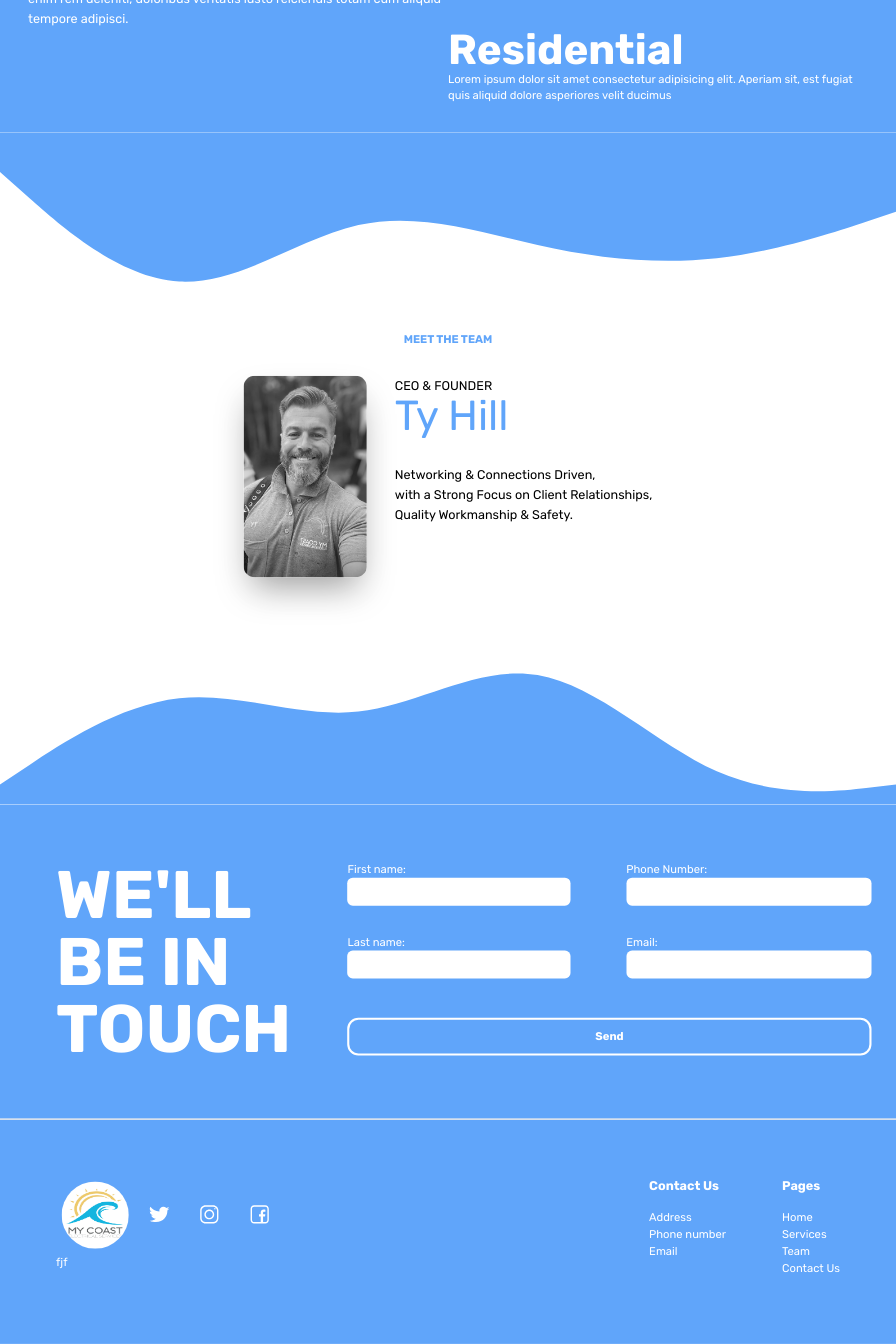
Repository: Jace-Kington/mce-website
Page: /
These files come from the project's save history. The page is drawn as it stood at one moment and after the next save; the edit follows.
The browser window is 1280 px wide. The pictures show the part of the page from y = 1377 to 3297 px (the page is 3297 px tall), at 70% of full size.
The project was rebuilt for these pictures with package versions that can differ from the ones it lists, and the page was loaded fresh each time. The framework's server and built-in components were replaced by stand-ins that run in the browser. Also part of the build but not shown: next.config.js.

Above is the page before, as saved 2022-11-12 14:24:26.

### pages/index.js

import Navbar from '../components/Navbar'
import Services from '../components/Services'
import MeetUs from '../components/Meet-us'
import ContactUs from '../components/ContactUs'
import Footer from '../components/Footer'

export default function Home() {
  return (
    <div>
      <head>
        <link rel="preconnect" href="https://fonts.googleapis.com"/>
        <link rel="preconnect" href="https://fonts.gstatic.com" crossorigin/>
        <link href="https://fonts.googleapis.com/css2?family=Rubik:ital,wght@0,400;0,500;0,700;0,900;1,800;1,900&display=swap" rel="stylesheet"/>
        <meta charset="UTF-8"/>
        <meta name="viewport" content="width=device-width, initial-scale=1.0, user-scalable=0"/>
        <title>My Coat Electrical</title>
      </head>
      <Navbar/>
      <Services/>
      <MeetUs/>
      <ContactUs/>
      <Footer/>
    </div>
  )
}

### styles/globals.css
@tailwind base;
@tailwind components;
@tailwind utilities;

* {
  font-family: 'Rubik';
}

### components/Navbar.jsx
import React from 'react'
import Image from 'next/image'
import image_2 from '../assets/logo-1.png'
import HamburgerMenu from './Hamburger'
import Link from 'next/link'

const Navbar = () => {
  return (
    <div className=''>
      <div className='flex justify-between items-center md:hidden'>
      <Image alt = "" src={image_2} className='rounded-full p-2 h-28 w-28' />

        <HamburgerMenu className = ''/>
      </div>

      <div className='md:flex hidden justify-between items-center ml-5 mr-5'>
        <Image alt = "" src={image_2} className='rounded-full p-2 h-28 w-28' />
        <div className='flex gap-10 items-center'>
          <a className='hover:text-blue-400 transition ease-in' href='#services-section'>
            Services
          </a>

          <a className='hover:text-blue-400 transition ease-in ' href="#meet-us">
            Team
          </a>

          <div className=''>
            <a className='bg-blue-400 hover:bg-blue-500 transition ease-in rounded-2xl p-3' href="#contact-us">
              <span className='text-white'>Enquire Now</span>
            </a>
          </div>

        </div>
      </div>

      <div className='sm:grid sm:grid-cols-2'>
        <div className='text-center sm:text-left text-blue-400 mt-12 ml-12'>
          <div className='text-5xl sm:text-7xl'>
            The Best
          </div>
          <strong className='text-5xl sm:text-7xl'>Trade Services</strong>
          <div className='text-5xl sm:text-7xl'>
            On the Sunny Coast
          </div>

          <div className='outline-rounded mt-12 bg-white'>
            <a  style = {{'border-width': '4px', 'border-color': '#60a5fa'}} className='rounded-2xl hover:bg-blue-400 hover:text-white transition p-4' href="#contact-us">
              Get Started
            </a>
          </div>
        </div>
        <div className='md:flex hidden'>
            <Image src={image_2} alt= ""/>
        </div>
      </div>
      <svg xmlns="http://www.w3.org/2000/svg" viewBox="0 0 1440 320"><path fill="#60a5fa" fill-opacity="1" d="M0,192L48,186.7C96,181,192,171,288,160C384,149,480,139,576,144C672,149,768,171,864,197.3C960,224,1056,256,1152,261.3C1248,267,1344,245,1392,234.7L1440,224L1440,320L1392,320C1344,320,1248,320,1152,320C1056,320,960,320,864,320C768,320,672,320,576,320C480,320,384,320,288,320C192,320,96,320,48,320L0,320Z"></path></svg>
    </div>
  )
}

export default Navbar

### components/Services.tsx
import React from 'react'

const Services = () => {
  return (
    <div id = 'services-section' className = 'bg-blue-400'>
        <div className = 'text-white text-center font-semibold text-lg uppercase underline-offset-1'>Our Services</div>
        <div className = 'grid grid-cols-2 m-10'>
            <div className = ''>
                <div className = 'text-white text-3xl sm:text-6xl font-bold'>Commercial</div>
                <div className = 'text-white text-lg'>Lorem ipsum dolor sit, amet consectetur adipisicing elit. Eaque culpa at enim rem deleniti, doloribus veritatis iusto reiciendis totam cum aliquid tempore adipisci. </div>
            </div>
            <div className = ''>

            </div>
            <div>

            </div>
            <div>
                <div className = 'text-white text-3xl sm:text-6xl font-bold'>Residential</div>
                <div className = 'text-white'>Lorem ipsum dolor sit amet consectetur adipisicing elit. Aperiam sit, est fugiat quis aliquid dolore asperiores velit ducimus </div>
            </div>
        </div>
        <svg className = 'bg-white' xmlns="http://www.w3.org/2000/svg" viewBox="0 0 1440 320">
        <path fill="#60a5fa" fill-opacity="1" d="M0,64L48,106.7C96,149,192,235,288,240C384,245,480,171,576,149.3C672,128,768,160,864,181.3C960,203,1056,213,1152,202.7C1248,192,1344,160,1392,144L1440,128L1440,0L1392,0C1344,0,1248,0,1152,0C1056,0,960,0,864,0C768,0,672,0,576,0C480,0,384,0,288,0C192,0,96,0,48,0L0,0Z"></path>
        </svg>
    </div>
  )
}

export default Services

### components/Meet-us.tsx
import React from 'react'
import Image from 'next/image'
import image_2 from '../assets/ty-photo.png'


const MeetUs = () => {
  return (
    <div id = "meet-us" className = 'max-w-[100%]'>
        <div className = 'text-blue-400 uppercase font-semibold text-center'>Meet the Team</div>

        <div className = 'justify-center flex gap-10 m-10'>
            <div>
              <Image alt = "" className = 'rounded-2xl shadow-2xl shadow-blue-400 grayscale h-72 w-44' src = {image_2}/>
            </div>
            <div>
                <div className = 'uppercase text-lg'>CEO & Founder</div>
                <div className = 'text-6xl text-blue-400 pb-10'>Ty Hill</div>
                <div className = 'text-lg'>
                  <div className = ''>Networking & Connections Driven, </div>
                  <div>with a Strong Focus on Client Relationships,</div>
                  <div>Quality Workmanship & Safety.</div>
                </div>

            </div>
        </div>

        <svg xmlns="http://www.w3.org/2000/svg" viewBox="0 0 1440 320"><path fill="#60a5fa" fill-opacity="1" d="M0,288L48,256C96,224,192,160,288,149.3C384,139,480,181,576,170.7C672,160,768,96,864,112C960,128,1056,224,1152,266.7C1248,309,1344,299,1392,293.3L1440,288L1440,320L1392,320C1344,320,1248,320,1152,320C1056,320,960,320,864,320C768,320,672,320,576,320C480,320,384,320,288,320C192,320,96,320,48,320L0,320Z"></path></svg>
    </div>
  )
}

export default MeetUs

### components/ContactUs.jsx
import React, { useRef } from 'react'
import emailjs from '@emailjs/browser'
import { ToastContainer, toast } from 'react-toastify'
import 'react-toastify/dist/ReactToastify.css'

const ContactUs = () => {
  const toast_success = () => { toast('Email Sent!'); }
  const toast_fail = () => { toast('Error'); }

  const form = useRef();

  const sendEmail = (e) => {
    e.preventDefault();

    emailjs.sendForm('service_16oy9kb', 'template_p83nfjr', form.current, '7jHtCbxop4BW2nz9r')
      .then((result) => {
          console.log(result.text);
          toast_success();
      }, (error) => {
          console.log(error.text);
          toast_fail();
      });
  };

  return (
    <div id = "contact-us" className = 'bg-blue-400'>
        <div className = 'sm:flex'>
          <div className = 'text-white uppercase font-semibold p-20 text-3xl sm:text-8xl'>
              <div>We&apos;ll</div>
              <div>Be In</div>
              <div>Touch</div>
          </div>
          <form ref = {form} onSubmit = {sendEmail} className = 'pt-20'>
            <div className = 'flex gap-20 '>
              <div className = 'flex flex-col gap-10'>
                <div>
                  <label className = 'text-white' for="fname">First name:</label>
                  <input className = 'rounded-lg p-2 outline-1 outline-white w-full' type="text" id="fname" name="fname"/>
                </div>
                <div>
                  <label className = 'text-white' for="lname">Last name:</label>
                  <input className = 'rounded-lg p-2 outline-1 outline-white w-full' type="text" id="lname" name="lname"/>
                </div>
              </div>
              <div>
              <div className = 'flex flex-col gap-10'>
                <div>
                  <label className = 'text-white' for="phonenumber">Phone Number:</label>
                  <input className = 'rounded-lg p-2 outline-1 outline-white w-full' type="text" id="phonenumber" name="phonenumber"/>
                </div>
                <div>
                  <label className = 'text-white' for="email">Email:</label>
                  <input className = 'rounded-lg p-2 outline-1 outline-white w-full' type="text" id="email" name="email"/>
                </div>
              </div>
              </div>
            </div>

            <div>
              <button style = {{'border-width': '3px', 'border-color': 'white'}} className = 'text-center w-full p-3 rounded-2xl font-semibold hover:text-blue-400 text-white transition ease-in bg-blue-400 hover:bg-white mt-14'>Send</button>
              <ToastContainer
  position="top-right"
  autoClose={5000}
  hideProgressBar={true}
  newestOnTop={false}
  closeOnClick
  rtl={false}
  pauseOnFocusLoss
  draggable
  pauseOnHover
  toastStyle = {{'background-color': 'rgb(34 197 94)', 'color': 'white', 'border-radius': '1rem', 'padding': '15px'}}
  />
            </div>
          </form>
        </div>
      </div>
  )
}

export default ContactUs

### components/Footer.tsx
import React from 'react'
import image_2 from '../assets/logo-1.png'
import Image from 'next/image'

const Footer = () => {
  return (
    <div className = 'border-t-2 border-gray pb-4 bg-blue-400'>
        <div className = 'flex justify-between text-white p-20'>
            <div className = ''>
                <div className = 'flex items-center gap-5'>
                <Image alt = "" src= {image_2} className = 'items-start rounded-full p-2 h-28 w-28'/>

                <div className = 'flex gap-10 text-white'>
                    <svg fill="#fff" xmlns="http://www.w3.org/2000/svg"  viewBox="0 0 16 16" width="32px" height="32px"><path d="M 15 3.296875 C 14.476563 3.523438 13.949219 3.691406 13.367188 3.746094 C 13.949219 3.410156 14.417969 2.84375 14.648438 2.226563 C 14.066406 2.5625 13.484375 2.789063 12.84375 2.902344 C 12.257813 2.339844 11.5 2 10.683594 2 C 9.109375 2 7.824219 3.242188 7.824219 4.765625 C 7.824219 4.988281 7.824219 5.214844 7.882813 5.386719 C 4.875 5.386719 2.8125 3.691406 1.414063 2 C 1.121094 2.394531 1.003906 2.902344 1.003906 3.410156 C 1.003906 4.367188 1.53125 5.214844 2.289063 5.722656 C 1.820313 5.667969 1.355469 5.554688 1.003906 5.386719 C 1.003906 5.386719 1.003906 5.386719 1.003906 5.441406 C 1.003906 6.796875 1.996094 7.921875 3.28125 8.148438 C 3.046875 8.203125 2.8125 8.261719 2.519531 8.261719 C 2.347656 8.261719 2.171875 8.261719 1.996094 8.207031 C 2.347656 9.335938 3.976563 10.632813 5.257813 10.632813 C 4.265625 11.363281 3.34375 12 1.5 12 C 1.265625 12 1.453125 12 1 12 C 2.28125 12.789063 3.800781 13 5.375 13 C 10.683594 13 13.542969 8.769531 13.542969 5.101563 C 13.542969 4.988281 13.542969 4.878906 13.542969 4.765625 C 14.125 4.367188 14.59375 3.863281 15 3.296875"/></svg>
                    <svg fill="#fff" xmlns="http://www.w3.org/2000/svg"  viewBox="0 0 16 16" width="32px" height="32px"><path d="M 4.773438 1 C 2.695313 1 1 2.695313 1 4.773438 L 1 10.230469 C 1 12.304688 2.695313 14 4.773438 14 L 10.230469 14 C 12.304688 14 14 12.304688 14 10.226563 L 14 4.773438 C 14 2.695313 12.304688 1 10.226563 1 Z M 4.773438 2 L 10.226563 2 C 11.765625 2 13 3.234375 13 4.773438 L 13 10.226563 C 13 11.765625 11.765625 13 10.230469 13 L 4.773438 13 C 3.234375 13 2 11.765625 2 10.230469 L 2 4.773438 C 2 3.234375 3.234375 2 4.773438 2 Z M 11.5 3 C 11.222656 3 11 3.222656 11 3.5 C 11 3.777344 11.222656 4 11.5 4 C 11.777344 4 12 3.777344 12 3.5 C 12 3.222656 11.777344 3 11.5 3 Z M 7.5 4 C 5.574219 4 4 5.574219 4 7.5 C 4 9.425781 5.574219 11 7.5 11 C 9.425781 11 11 9.425781 11 7.5 C 11 5.574219 9.425781 4 7.5 4 Z M 7.5 5 C 8.886719 5 10 6.113281 10 7.5 C 10 8.886719 8.886719 10 7.5 10 C 6.113281 10 5 8.886719 5 7.5 C 5 6.113281 6.113281 5 7.5 5 Z"/></svg>
                    <svg fill="#fff" xmlns="http://www.w3.org/2000/svg"  viewBox="0 0 16 16" width="32px" height="32px"><path d="M 3.5 1 C 2.1250151 1 1 2.1250151 1 3.5 L 1 11.5 C 1 12.874985 2.1250151 14 3.5 14 L 11.5 14 C 12.874985 14 14 12.874985 14 11.5 L 14 3.5 C 14 2.1250151 12.874985 1 11.5 1 L 3.5 1 z M 3.5 2 L 11.5 2 C 12.335015 2 13 2.6649849 13 3.5 L 13 11.5 C 13 12.335015 12.335015 13 11.5 13 L 9.9042969 13 L 9.9042969 8.9667969 L 11.300781 8.9667969 L 11.509766 7.3574219 L 9.9042969 7.3574219 L 9.9042969 6.3320312 C 9.9042969 5.8660312 10.034031 5.5488281 10.707031 5.5488281 L 11.566406 5.5488281 L 11.566406 4.109375 C 11.417406 4.089375 10.907453 4.046875 10.314453 4.046875 C 9.0764531 4.046875 8.2304688 4.795875 8.2304688 6.171875 L 8.2304688 7.3574219 L 7 7.3535156 L 7 8.9628906 L 8.2304688 8.9667969 L 8.2304688 13 L 3.5 13 C 2.6649849 13 2 12.335015 2 11.5 L 2 3.5 C 2 2.6649849 2.6649849 2 3.5 2 z"/></svg>
                </div>
                </div>


                <div className = ''>
                    <div>fjf</div>
                </div>
            </div>

            <div className='flex gap-20'>
                <div className = ''>
                    <div className = 'text-lg font-bold pb-5'>
                        Contact Us
                    </div>
                    <div>
                        Address
                    </div>
                    <div>
                        Phone number
                    </div>
                    <div>
                        Email
                    </div>
                </div>

                <div>
                    <div className = 'text-lg font-bold pb-5'>
                        Pages
                    </div>

                    <div>
                        Home
                    </div>
                    <div>
                        Services
                    </div>
                    <div>
                        Team
                    </div>
                    <div>
                        Contact Us
                    </div>
                </div>
            </div>
        </div>
    </div>
  )
}

export default Footer

### components/Hamburger.jsx
import Link from 'next/link'
import { slide as Menu } from 'react-burger-menu'

const HamburgerMenu = () => (<div className='relative p-2'>
    <Menu customBurgerIcon={<HamburgerIcon />} width={'auto'} className='left-0 top-12' >
        <Links />
    </Menu>
</div>)

const HamburgerIcon = () => (<div className='p-1/2'><svg className="w-8 h-8 text-gray-500" fill="none" strokeLinecap="round" strokeLinejoin="round" strokeWidth="2" viewBox="0 0 24 24" stroke="currentColor"><path d="M4 6h16M4 12h16M4 18h16"></path></svg></div>)

export const Links = () => (<>
    <Link href="/">Home</Link>
    <Link href="/about">About</Link>
</>)

export default HamburgerMenu

Loaded but not shown: pages/_app.js (common file); tailwind.config.js (common file)

After the next save:
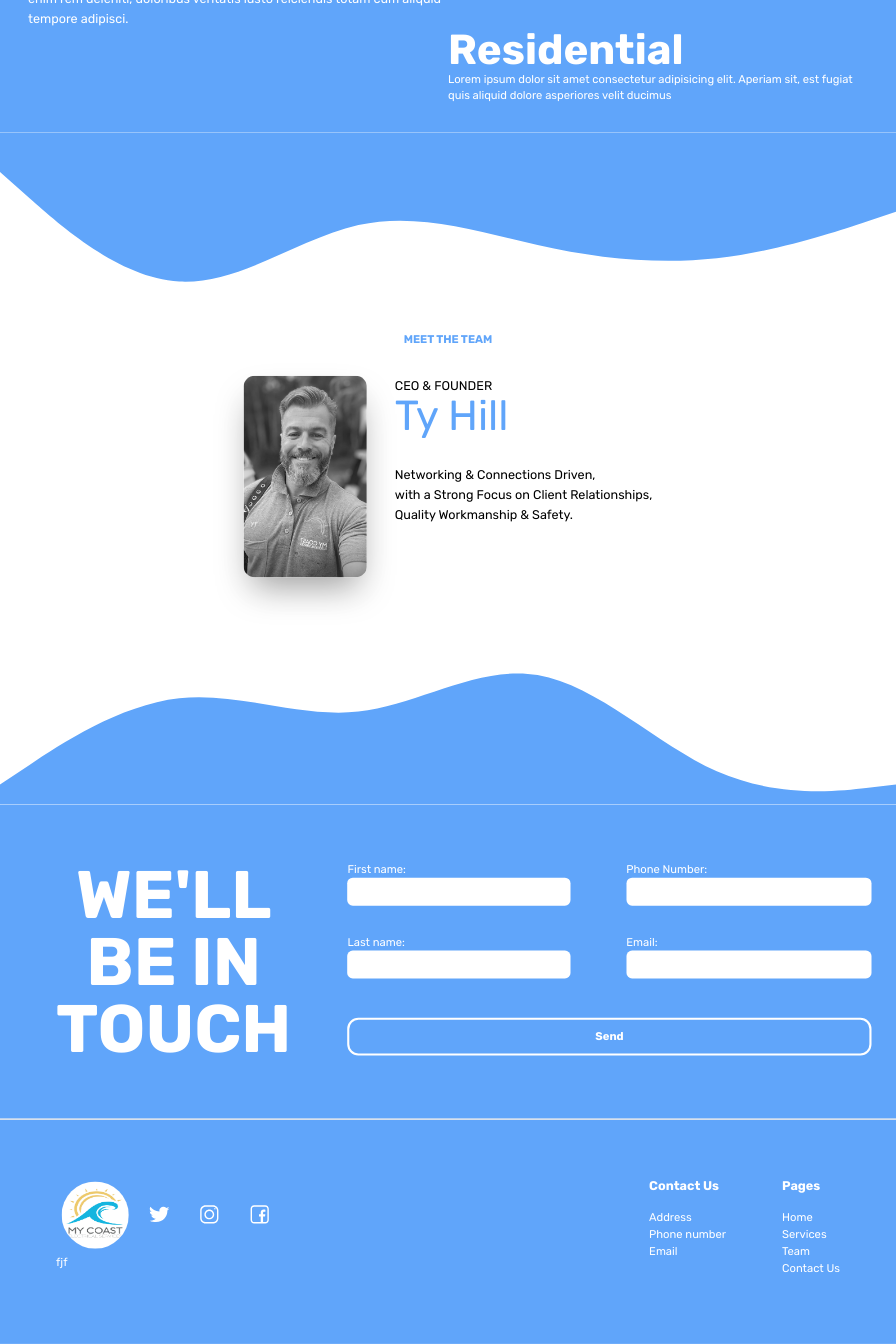
Saved 16 s later.
--- a/components/ContactUs.jsx
+++ b/components/ContactUs.jsx
@@ -25,7 +25,7 @@
   return (
     <div id = "contact-us" className = 'bg-blue-400'>
         <div className = 'sm:flex'>
-          <div className = 'text-white uppercase font-semibold p-20 text-3xl sm:text-8xl'>
+          <div className = 'text-white uppercase font-semibold p-20 text-3xl text-center sm:text-none sm:text-8xl'>
               <div>We&apos;ll</div>
               <div>Be In</div>
               <div>Touch</div>

After the save that followed:
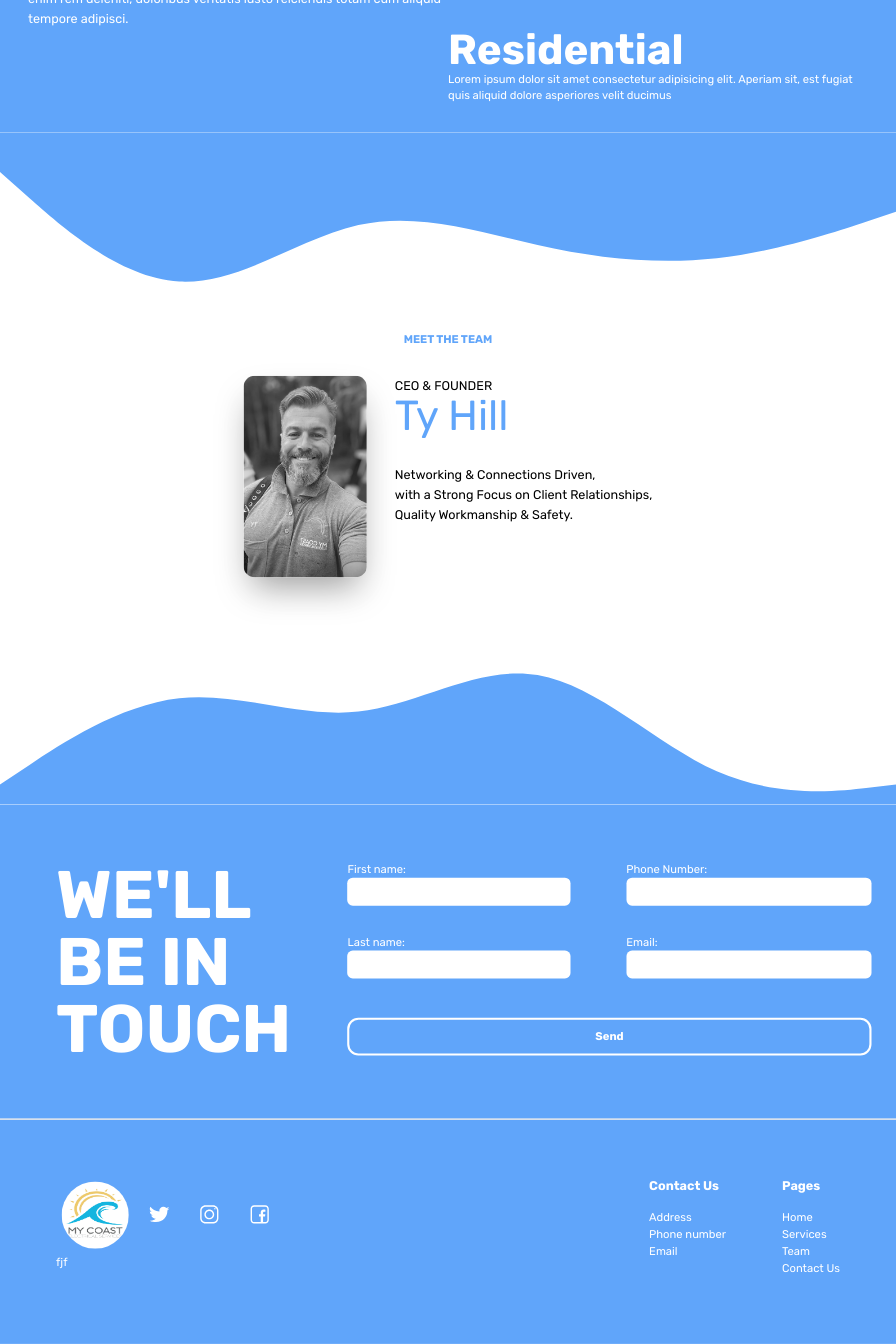
Saved 9 s later.
--- a/components/ContactUs.jsx
+++ b/components/ContactUs.jsx
@@ -25,7 +25,7 @@
   return (
     <div id = "contact-us" className = 'bg-blue-400'>
         <div className = 'sm:flex'>
-          <div className = 'text-white uppercase font-semibold p-20 text-3xl text-center sm:text-none sm:text-8xl'>
+          <div className = 'text-white uppercase font-semibold p-20 text-3xl text-center sm:text-left sm:text-8xl'>
               <div>We&apos;ll</div>
               <div>Be In</div>
               <div>Touch</div>
